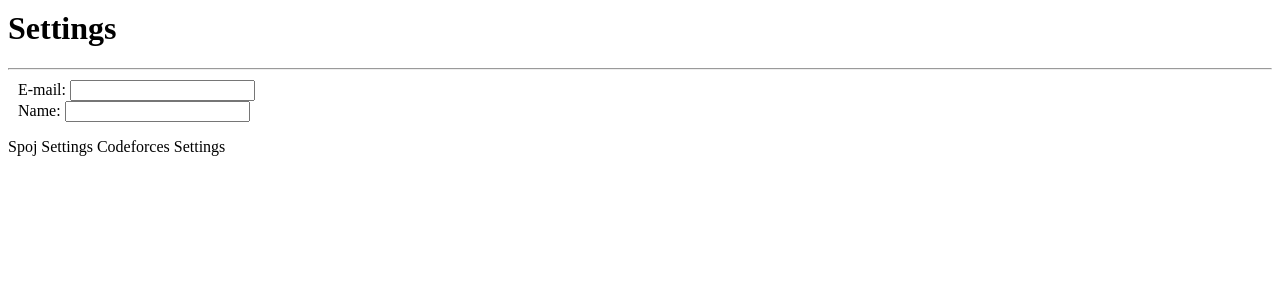
Repository: cjtoribio/algopit
Page: nodejs/public/partials/settings.html
The author's editor kept a record of every edit. The page is drawn from the files as they stood at one moment, then again after the next edit.
The browser window is 1280 px wide. The pictures show the whole page.

Above is the page before.

After the next edit:
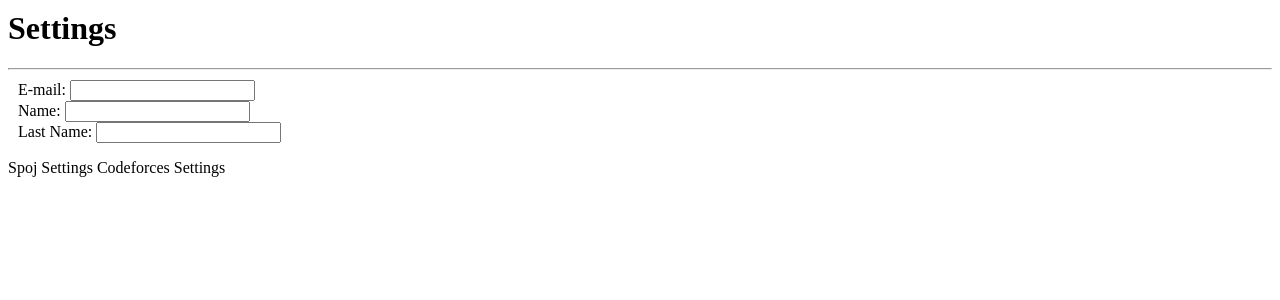
The edit:
--- a/nodejs/public/partials/settings.html
+++ b/nodejs/public/partials/settings.html
@@ -18,6 +18,12 @@
 			                            <input type="text" name=""/>
 			                        </label>
 			                    </div>
+			                    <div class="input-group">
+			                        <label>
+			                            Last Name:
+			                            <input type="text" name=""/>
+			                        </label>
+			                    </div>
 			                </form>
 			            </div>
 			        </algo-pane>
